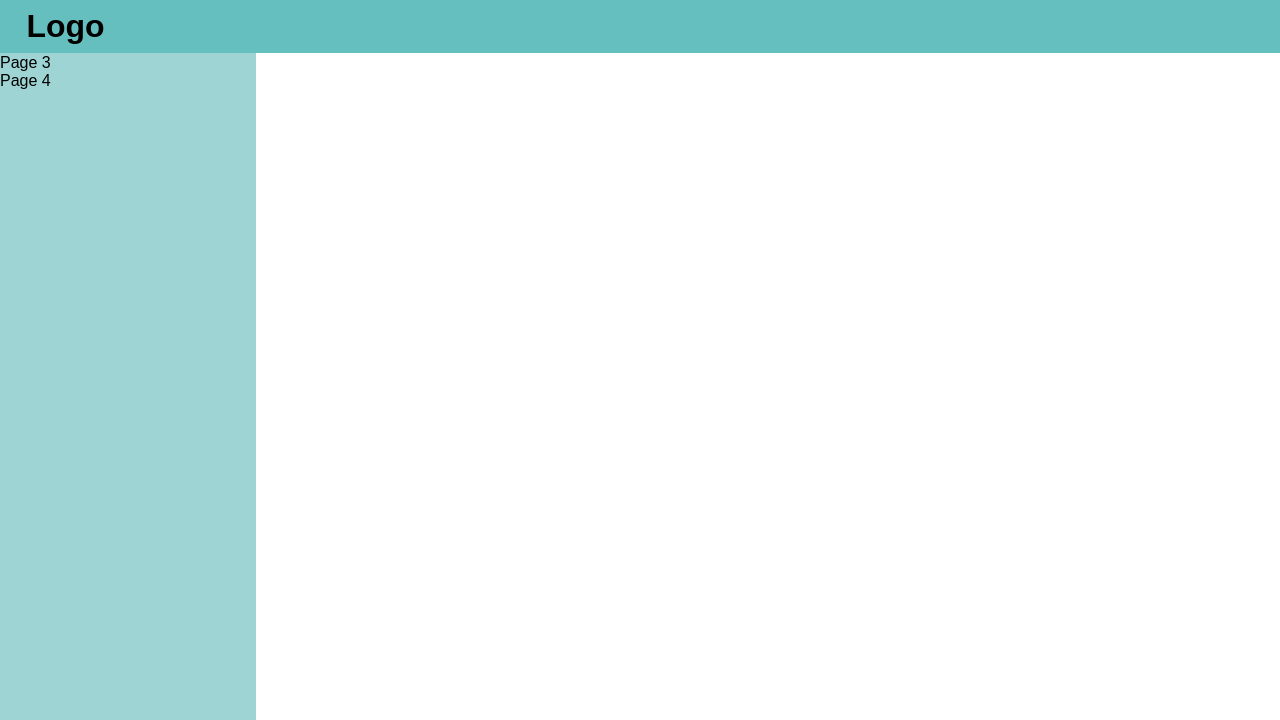
Repository: mateus-henrique-silva/Dashboard-pixel-facebook-react
Page: / (app in dashboard-pixel/)
The author's editor kept a copy of each file at every save. The page is drawn from the files as they stood at one save, then again after the next save.
The browser window is 1280 px wide. The pictures show the whole page.
The project was rebuilt for these pictures with package versions that can differ from the ones it lists, and the page was loaded fresh each time.

Above is the page before, as saved 2022-07-07 17:29:14.

### dashboard-pixel/src/index.js
import React from "react";
import ReactDOM from "react-dom/client";

import App from "./App";
import reportWebVitals from "./reportWebVitals";

const root = ReactDOM.createRoot(document.getElementById("root"));
root.render(
  <React.StrictMode>
    <App />
  </React.StrictMode>
);

reportWebVitals();

### dashboard-pixel/src/App.jsx
import React from "react";
import Main from "./Components/MainPage/Main";



function App() {
  return (
    <div >
        <Main/>


    </div>
  );
}

export default App;

### dashboard-pixel/src/Components/MainPage/Main.jsx
import React from 'react'
import './Main.css'
import Header from '../Header/Header'
import SideBar from "../SideBar/SideBar"

const Main = () => {
  return (
    <div className="Main">
        <Header/>
        <SideBar/>
    </div>
  )
}

export default Main

### dashboard-pixel/src/Components/MainPage/Main.css
* {
  border: 0;
  margin: 0;
  font-family: sans-serif;
}

.Main {
  width: 100%;
  height: 100vh;
}
.startHeader{
    width: 100%;
    display: flex;
    justify-content: center;
}

### dashboard-pixel/src/Components/Header/Header.jsx
import React from 'react'
import "./Header.css"

const Header = () => {
  return (
    <div className="startHeader">

        <div className="Header">
            <h1>Logo</h1>
        </div>

    </div>
  )
}

export default Header

### dashboard-pixel/src/Components/SideBar/SideBar.jsx
import React from "react";
import "./SideBar.css";

const SideBar = () => {
  return (
    <div>
      <div className="div-sidebar">
        <div className="Menu-tag">
          <div>Principal</div>
          <div>Page 1</div>
          <div>Page 2</div>
          <div>Page 3</div>
          <div>Page 4</div>
        </div>
      </div>
    </div>
  );
};

export default SideBar;

### dashboard-pixel/src/Components/Header/Header.css
.Header{
    width: 99vw;
    padding: 0.5em 0.5em ;
    background-color:#66BFBF;
    display:flex;
    align-items:center;
    position:fixed;


}

.Header h1{
    margin-left: 20px;
}

### dashboard-pixel/src/Components/SideBar/SideBar.css
.div-sidebar{
    height:100vh;
    width:20vw;
    background-color:#9fd4d4;


}

.Menu-tag{
    height:100%;
   margin-top:50

}

Loaded but not shown: dashboard-pixel/public/index.html (common file); dashboard-pixel/src/reportWebVitals.js (common file)

After the next save:
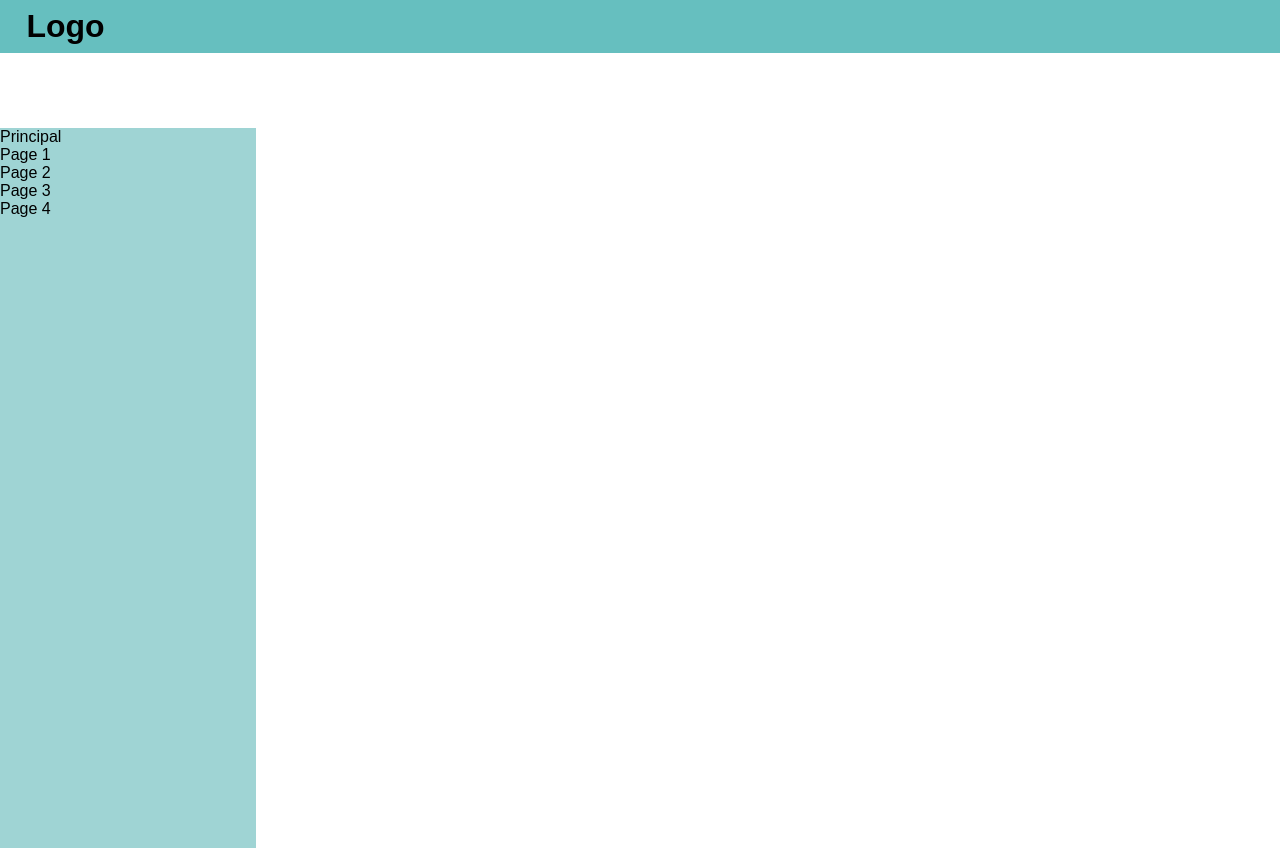
Saved 4 s later.
--- a/dashboard-pixel/src/Components/SideBar/SideBar.css
+++ b/dashboard-pixel/src/Components/SideBar/SideBar.css
@@ -8,6 +8,6 @@
 
 .Menu-tag{
     height:100%;
-   margin-top:50
+   margin-top:50%;
 
 }

After the save that followed:
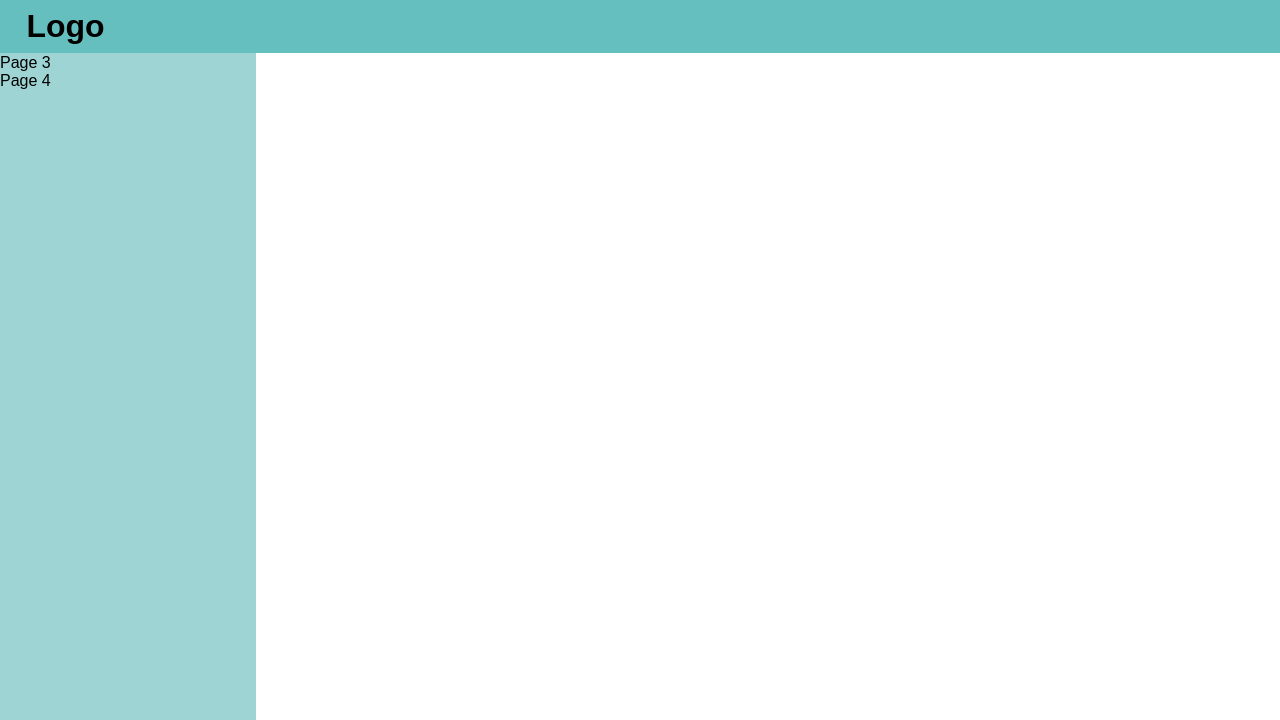
Saved 7 s later.
--- a/dashboard-pixel/src/Components/SideBar/SideBar.css
+++ b/dashboard-pixel/src/Components/SideBar/SideBar.css
@@ -8,6 +8,6 @@
 
 .Menu-tag{
     height:100%;
-   margin-top:50%;
+   margin-top:
 
 }
